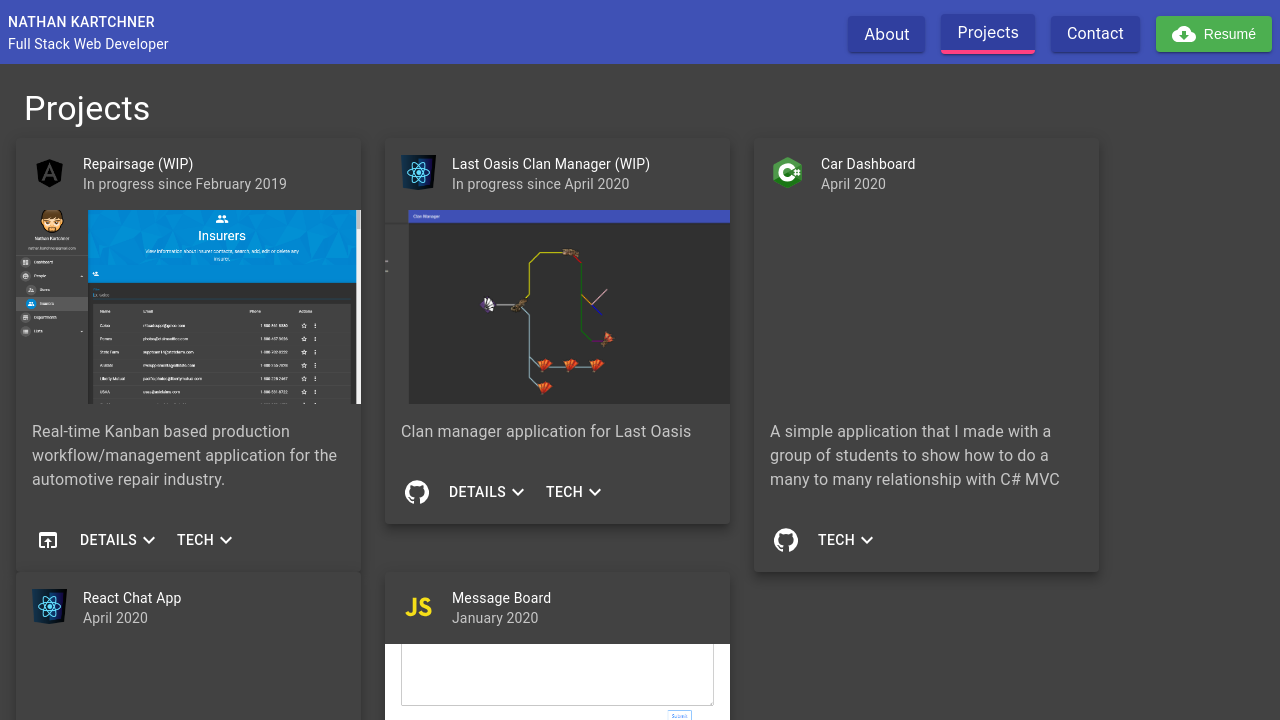
Repository: nkartchner/portfolio
Page: /projects
These files come from the project's save history. The page is drawn as it stood at one moment and after a run of saves; the edit follows.
The browser window is 1280 px wide. The pictures show the whole page.
An inner scrolling area shows only its first screen. The project was rebuilt for these pictures with package versions that can differ from the ones it lists, and the page was loaded fresh each time. Also part of the build but not shown: src/Home/Landing.tsx, src/Core/Tooltip.tsx, src/About/AboutMe.tsx, src/Contact/Contact.tsx, src/Contact/ContactMenu.tsx, src/Navigation/Menus/MobileNavMenu.tsx. Imported but missing from the stored project, and not drawn on this page: src/Home/media/dyno.mp4, src/Home/media/dyno_converted.webm.

Above is the page before, as saved 2020-07-04 14:57:27.

### src/index.tsx
import React from "react";
import ReactDOM from "react-dom";
import "./index.css";
import App from "./App";
import * as serviceWorker from "./serviceWorker";

document.title = "Nathan Kartchner";

ReactDOM.render(
    <React.StrictMode>
        <App />
    </React.StrictMode>,
    document.getElementById("root")
);

// If you want your app to work offline and load faster, you can change
// unregister() to register() below. Note this comes with some pitfalls.
// Learn more about service workers: https://bit.ly/CRA-PWA
serviceWorker.unregister();

### src/index.css
html,
body {
    margin: 0;
    padding: 0;
}
body {
    margin: 0;
    font-family: -apple-system, BlinkMacSystemFont, "Segoe UI", "Roboto",
        "Oxygen", "Ubuntu", "Cantarell", "Fira Sans", "Droid Sans",
        "Helvetica Neue", sans-serif;
    -webkit-font-smoothing: antialiased;
    -moz-osx-font-smoothing: grayscale;
    box-sizing: border-box;
}

code {
    font-family: source-code-pro, Menlo, Monaco, Consolas, "Courier New",
        monospace;
}

#root {
    position: absolute;
    top: 0;
    bottom: 0;
    left: 0;
    right: 0;
}

### src/App.tsx
import React from "react";
import "./App.css";
import { BrowserRouter } from "react-router-dom";
import MainRouter from "./Navigation/MainRouter";
import { theme } from "./Theme/Theme";
import { ThemeProvider } from "@material-ui/core";

function App() {
  return (
    <BrowserRouter>
      <ThemeProvider theme={theme}>
        <MainRouter />
      </ThemeProvider>
    </BrowserRouter>
  );
}

export default App;

### src/Navigation/MainRouter.tsx
import React from "react";
import { Switch, Route } from "react-router-dom";
import Landing from "../Home/Landing";
import Routes from "./Routes";
import { makeStyles, createStyles, Theme } from "@material-ui/core/styles";
import TopBar from "./TopBar";
const useStyles = makeStyles((theme: Theme) =>
  createStyles({
    container: {
      color: theme.palette.text.primary,
      display: "grid",
      height: "100%",
      gridTemplateRows: "64px calc(100% - 64px)",
      gridTemplateColumns: "100%",
      background: theme.palette.background.paper,
      position: "relative",
    },
    landingContainer: {
      maxHeight: "100%",
      minHeight: "100%",
      maxWidth: "100%",
      minWidth: "100%",
    },
    mainContent: {
      gridRow: 2,
      position: "absolute",
      top: 0,
      left: 0,
      right: 0,
      bottom: 0,
    },
  })
);
const MainRouter = () => {
  const classes = useStyles();
  return (
    <React.Fragment>
      <Switch>
        <Route exact path="/">
          <div className={classes.landingContainer}>
            <Landing />
          </div>
        </Route>

        <Route path="*">
          <div className={classes.container}>
            <TopBar />
            <div className={classes.mainContent}>
              <Switch>
                {Object.values(Routes).map(({ Component, path }, i) => (
                  <Route key={i} path={path} component={Component} exact />
                ))}
              </Switch>
            </div>
          </div>
        </Route>
      </Switch>
    </React.Fragment>
  );
};

export default MainRouter;

### src/Theme/Theme.ts
import { createMuiTheme } from "@material-ui/core";

export const theme = createMuiTheme({
    palette: {
        type: "dark"
    }
})

### src/Navigation/Routes.ts
import About from "../About/AboutMe";
import Contact from "../Contact/Contact";
import Projects from "../Projects/Projects";

export interface RouteProps {
  title: string;
}
export interface IRoute {
  Component: React.FC<any>;
  path: string;
  title: string;
}

interface IRoutes {
  [key: string]: IRoute;
}

const Routes: IRoutes = {
  About: {
    Component: About,
    path: `/about`,
    title: "About Me",
  },
  Contact: {
    Component: Contact,
    path: `/contact`,
    title: "Contact Info",
  },
  Projects: {
    Component: Projects,
    path: `/projects`,
    title: "Projects",
  },
};

export default Routes;

### src/Projects/Projects.tsx
import React from "react";
import { makeStyles, Theme, createStyles } from "@material-ui/core/styles";
import Typography from "@material-ui/core/Typography";
import * as thumbs from "./screenshots";
import Project, { IProps } from "./Project";
import TechIcons, { TechIcon } from "../About/technologies";

const useStyles = makeStyles((theme: Theme) =>
  createStyles({
    root: {
      padding: theme.spacing(2),
      display: "flex",
      flexDirection: "column",
      position: "absolute",
      top: 0,
      bottom: 0,
      left: 0,
      right: 0,
      overflow: "auto",
    },
    container: {
      flexGrow: 1,
      display: "flex",
      flexFlow: "row wrap",
      "& > *": {
        marginRight: theme.spacing(3),
      },
    },
    title: {
      margin: theme.spacing(1),
    },
    project: {
      maxWidth: 345,
      height: "max-content",
    },
    scnshot: {
      height: 140,
    },
  })
);

interface Project {
  uri: string;
  screenshot: string;
  description: string;
  technologies: string[];
}
const MyProjects: IProps[] = [
  {
    title: "Repairsage (WIP)",
    shortDesc: (
      <Typography variant="body1">
        Real-time Kanban based production workflow/management application for
        the automotive repair industry.
      </Typography>
    ),
    longDesc: (
      <Typography variant="body2" component="p">
        The idea for Repairsage was to create Kanban based system that would
        allow an auto repair center to see, predict and, manage the production
        in real time. Repairsage is equipped with email updates, push
        notifications, and is a PWA. The UI of Repairsage is built using
        Angular-Material and with the help of the CDK Drag-and-Drop component
        with a custom autoscroller, we're able to create a Kanban board. Mix
        that with SocketIO to generate real-time updates for every board while
        using rooms to keep each board separate. One of the most important
        features of Repairsage is the ability to assign a technician to a column
        and an efficiency rating per department. Once a technician is assigned a
        column on a board, their will be letters representing the name of each
        department. The number following the department(s) they are assigned to
        will change color and, based on a 40 hour work week, the color will be
        Green, Orange, or Red to indicate the load level for their week. We
        currently have an instance of Repairsage launched that we use as a demo.
        Feel free to check it out!
      </Typography>
    ),
    inProgress: true,
    Avatar: TechIcons.Angular10,
    startDate: new Date(Date.parse("02/01/2019")),
    technologies: [
      TechIcons.Angular10,
      TechIcons.Ngrx,
      TechIcons.Express,
      TechIcons.Mongo,
      TechIcons.Scss,
      TechIcons.SocketIO,
      TechIcons.Typescript,
      TechIcons.Aws,
    ],
    links: {
      website: "https://314solutions.info",
    },
    screenshots: thumbs.rprsageThumbs,
  },
  {
    title: "Last Oasis Clan Manager (WIP)",
    shortDesc: (
      <Typography variant="body1">
        Clan manager application for Last Oasis
      </Typography>
    ),
    longDesc: (
      <Typography variant="body1" component="p">
        I wanted to build a project using React + Redux and C# as the back end.
        I ended up choosing a Clan manager application for a recently released
        game that I really enjoyed, Last Oasis. It quickly grew into something
        more than just a clan manager as wanted add a feature that recreated the
        in-game tech tree. I decided to use HTML5 canvas and add tooltips.
      </Typography>
    ),
    Avatar: TechIcons.React,
    startDate: new Date(Date.parse("04/05/2020")),
    technologies: [
      TechIcons.React,
      TechIcons.Redux,
      TechIcons.CSharp,
      TechIcons.MySql,
      TechIcons.Scss,
      TechIcons.Js,
    ],
    inProgress: true,
    links: {
      github: "https://github.com/nkartchner/LastOasis_ClanManager",
    },
    screenshots: thumbs.clanManagerThumbs,
  },
  {
    title: "Car Dashboard",
    shortDesc: (
      <Typography variant="body1">
        A simple application that I made with a group of students to show how to
        do a many to many relationship with C# MVC
      </Typography>
    ),
    startDate: new Date(Date.parse("04/05/2020")),
    Avatar: TechIcons.CSharp,
    technologies: [TechIcons.CSharp, TechIcons.Razor, TechIcons.MySql],
    inProgress: false,
    links: {
      github: "https://github.com/nkartchner/CarsDashboard",
    },
    screenshots: [],
  },
  {
    title: "React Chat App",
    shortDesc: (
      <Typography variant="body1">
        An application that I made to learn how to integrate SocketIO with
        React.
      </Typography>
    ),
    startDate: new Date(Date.parse("04/05/2020")),
    technologies: [TechIcons.React, TechIcons.SocketIO, TechIcons.Js],
    Avatar: TechIcons.React,
    inProgress: false,
    links: {
      github: "https://github.com/nkartchner/ReactChat",
    },
    screenshots: [],
  },
  {
    title: "Message Board",
    shortDesc: <Typography variant="body1">Simple Message Board</Typography>,
    longDesc: (
      <Typography variant="body1" component="p">
        One of my very first applications I made as I went through the
        Javascript stack
      </Typography>
    ),
    Avatar: TechIcons.Js,
    inProgress: false,
    startDate: new Date(Date.parse("01/01/2020")),
    technologies: [TechIcons.Js, TechIcons.Express, TechIcons.Mongo],
    links: {
      github: "https://github.com/nkartchner/MessageBoard",
    },
    screenshots: thumbs.messageBoardThumbs,
  },
];
const Projects: React.FC = () => {
  const classes = useStyles();

  React.useEffect(() => {
    document.title = "Nathan's Projects";
  });

  return (
    <div className={classes.root}>
      <Typography className={classes.title} variant="h4">
        Projects
      </Typography>
      <div className={classes.container}>
        {MyProjects.map((p, key) => (
          <Project key={key} {...p} />
        ))}
      </div>
    </div>
  );
};

export default Projects;

### src/About/technologies/index.ts
import Angular10 from "./angular_solidBlack.png";
import Ngrx from "./ngrx.svg";
import Aws from "./aws.svg";
import CSharp from "./csharp.svg";
import Css from "./css.svg";
import Django from "./django.svg";
import Expo from "./expo.svg";
import Express from "./express.png";
import Git from "./git.svg";
import Html from "./html.svg";
import Js from "./js.svg";
import MERN from "./MERN.png";
import Mongo from "./mongo.png";
import MySql from "./mysql.svg";
import Nginx from "./nginx.svg";
import Python from "./python.svg";
import Razor from "./razor.svg";
import React from "./react_logo.png";
import Scss from "./scss.svg";
import Redux from "./redux.svg";
import SocketIO from "./socketIO.png";
import Typescript from "./typescript.svg";

export interface TechIcon {
  alt: string;
  src: string;
}

export default {
  Html: { alt: "Html", src: Html },
  Css: { alt: "Css", src: Css },
  Scss: { alt: "Scss", src: Scss },
  Js: { alt: "Js", src: Js },
  Typescript: { alt: "Typescript", src: Typescript },
  Angular10: { alt: "Angular10", src: Angular10 },
  Ngrx: { alt: "Ngrx", src: Ngrx },
  Express: { alt: "Express", src: Express },
  Mongo: { alt: "Mongo", src: Mongo },
  SocketIO: { alt: "SocketIO", src: SocketIO },
  MERN: { alt: "MERN", src: MERN },
  React: { alt: "React", src: React },
  Redux: { alt: "Redux", src: Redux },
  Expo: { alt: "Expo", src: Expo },
  Python: { alt: "Python", src: Python },
  Django: { alt: "Django", src: Django },
  CSharp: { alt: "CSharp", src: CSharp },
  Razor: { alt: "Razor", src: Razor },
  MySql: { alt: "MySql", src: MySql },
  Nginx: { alt: "Nginx", src: Nginx },
  Git: { alt: "Git", src: Git },
  Aws: { alt: "Aws", src: Aws },
};

### src/Projects/screenshots/index.ts
import CM1 from "./clan_manager/clan_manager_canvas_screenshot.png";
import CM2 from "./clan_manager/clan_manager_clanmembers_screenshot.png";
import CM3 from "./clan_manager/clan_manager_clanrequest_screenshot.png";

import R1 from "./rprsage/admin_dashboard_screenshot.png";
import R2 from "./rprsage/dragging_card_screenshot.png";
import R3 from "./rprsage/rprsage_boards_screenshot.png";
import R4 from "./rprsage/rprsage_login_screenshot.png";

import MB1 from "./message_board/message_board.png";

export const clanManagerThumbs = [CM1, CM2, CM3];
export const rprsageThumbs = [R1, R2, R3, R4];
export const messageBoardThumbs = [MB1];

### src/Projects/Project.tsx
import React from "react";
import { makeStyles, Theme, createStyles } from "@material-ui/core/styles";
import clsx from "clsx";
import Card from "@material-ui/core/Card";
import CardHeader from "@material-ui/core/CardHeader";
import CardMedia from "@material-ui/core/CardMedia";
import CardContent from "@material-ui/core/CardContent";
import CardActions from "@material-ui/core/CardActions";
import Collapse from "@material-ui/core/Collapse";
import IconButton from "@material-ui/core/IconButton";
import Button from "@material-ui/core/Button";
import GitHub from "@material-ui/icons/GitHub";
import Typography from "@material-ui/core/Typography";
import Tooltip from "@material-ui/core/Tooltip";
import { red } from "@material-ui/core/colors";
import ExpandMoreIcon from "@material-ui/icons/ExpandMore";
import OpenInBrowser from "@material-ui/icons/OpenInBrowser";
import { TechIcon } from "../About/technologies";
const useStyles = makeStyles((theme: Theme) =>
  createStyles({
    root: {
      width: 345,
      height: "max-content",
    },
    media: {
      height: 0,
      paddingTop: "56.25%", // 16:9
      transition: "background-image 100ms ease-in-out",
    },
    expand: {
      transform: "rotate(0deg)",
      marginLeft: "auto",
      transition: theme.transitions.create("transform", {
        duration: theme.transitions.duration.shortest,
      }),
    },
    expandOpen: {
      transform: "rotate(180deg)",
    },
    avatar: {
      backgroundColor: red[500],
    },
    technologies: {
      display: "flex",
      flexFlow: "row wrap",
      justifyContent: "space-around",
    },
    techIcon: {
      height: 35,
      width: 35,
      padding: theme.spacing(1),
    },
  })
);
const MONTHS = [
  "January",
  "February",
  "March",
  "April",
  "May",
  "June",
  "July",
  "August",
  "September",
  "October",
  "November",
  "December",
];
export interface IProps {
  screenshots: string[];
  title: string;
  startDate: Date;
  shortDesc: JSX.Element;
  inProgress: boolean;
  Avatar: TechIcon;
  longDesc?: JSX.Element;
  links: {
    github?: string;
    website?: string;
  };
  technologies?: TechIcon[];
}

const Project: React.FC<IProps> = ({ Avatar, ...props }) => {
  const classes = useStyles();
  const [expanded, setExpanded] = React.useState<boolean>(false);
  const [expandedTech, setExpandedTech] = React.useState<boolean>(false);
  const [isHovering, setIsHovering] = React.useState<boolean>(false);
  const handleExpandClick = () => {
    setExpanded(!expanded);
  };
  const handleExpandTech = () => {
    setExpandedTech(!expandedTech);
  };
  const [rotation, setRotation] = React.useState<number>(0);

  React.useEffect(() => {
    if (isHovering) {
      const timer = setInterval(
        () =>
          setRotation((i) => {
            if (i === props.screenshots.length - 1) {
              return 0;
            } else {
              return i + 1;
            }
          }),
        1000
      );
      return () => clearInterval(timer);
    }
  }, [props.screenshots, isHovering]);

  return (
    <Card className={classes.root} elevation={8}>
      <CardHeader
        avatar={
          <img src={Avatar.src} alt={Avatar.alt} height={35} width={35} />
        }
        title={props.title}
        subheader={`${props.inProgress ? "In progress since " : ""}${
          MONTHS[props.startDate.getMonth()]
        } ${props.startDate.getFullYear()}`}
      />

      <CardMedia
        onMouseEnter={() => setIsHovering(true)}
        onMouseLeave={() => setIsHovering(false)}
        className={classes.media}
        image={props.screenshots[rotation]}
        title={props.title}
      />
      <CardContent>
        <Typography variant="body2" color="textSecondary" component="p">
          {props.shortDesc}
        </Typography>
      </CardContent>
      <CardActions disableSpacing>
        {props.links.github && (
          <IconButton href={props.links.github}>
            <GitHub />
          </IconButton>
        )}
        {props.links.website && (
          <IconButton href={props.links.website}>
            <OpenInBrowser />
          </IconButton>
        )}

        {props.longDesc && (
          <Button
            onClick={handleExpandClick}
            aria-expanded={expanded}
            aria-label="show more"
          >
            Details{" "}
            <ExpandMoreIcon
              className={clsx(classes.expand, {
                [classes.expandOpen]: expanded,
              })}
            />
          </Button>
        )}
        <Button
          onClick={handleExpandTech}
          aria-expanded={expandedTech}
          aria-label="show more"
        >
          Tech{" "}
          <ExpandMoreIcon
            className={clsx(classes.expand, {
              [classes.expandOpen]: expandedTech,
            })}
          />
        </Button>
      </CardActions>
      {props.technologies && (
        <Collapse in={expandedTech} timeout="auto" unmountOnExit>
          <CardContent>
            <div className={classes.technologies}>
              {props.technologies.map((t) => (
                <Tooltip title={t.alt}>
                  <img className={classes.techIcon} src={t.src} alt={t.alt} />
                </Tooltip>
              ))}
            </div>
          </CardContent>
        </Collapse>
      )}
      {props.longDesc && (
        <Collapse in={expanded} timeout="auto" unmountOnExit>
          <CardContent>
            <Typography paragraph>{props.longDesc}</Typography>
          </CardContent>
        </Collapse>
      )}
    </Card>
  );
};
export default Project;

Loaded but not shown: public/index.html (common file); src/serviceWorker.ts (common file); src/Navigation/TopBar.tsx (256 lines, source omitted); src/App.css (no stored copy; drawn as an empty file)

After the next 2 saves:
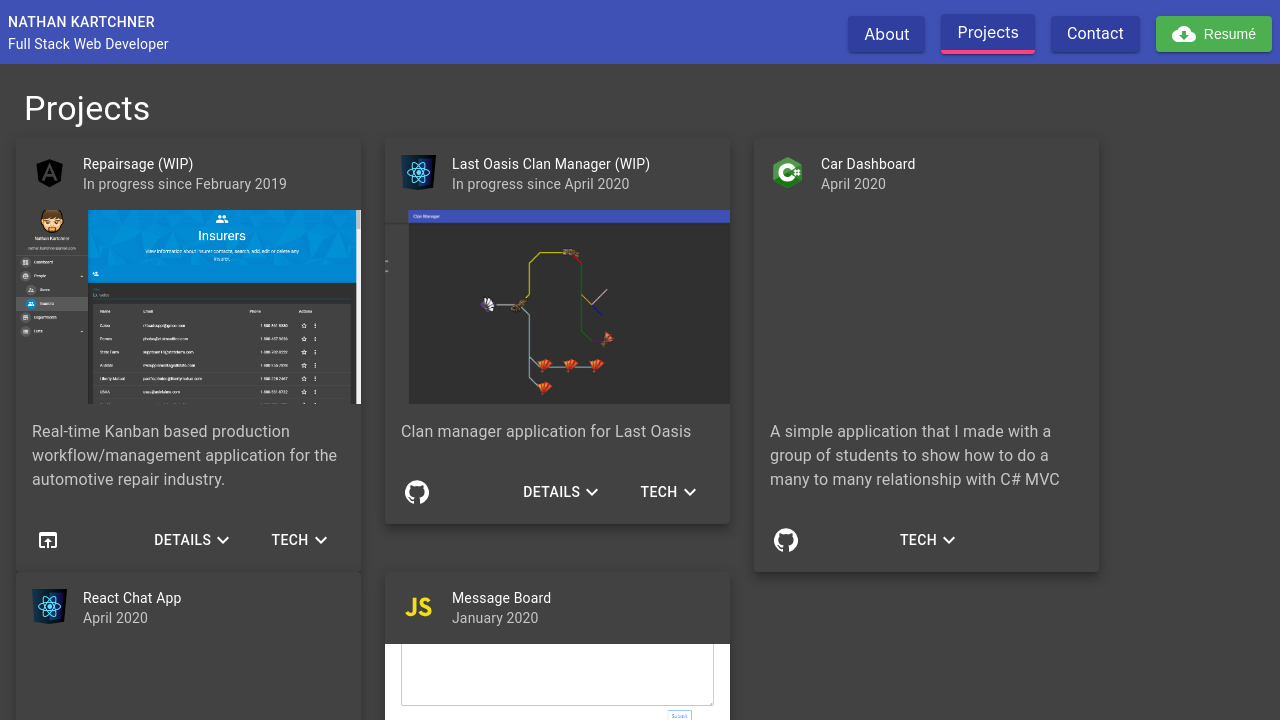
The 2 saves are shown as one change because 1 did not build or start.
The last was saved 6 min 10 s later.
--- a/src/Projects/Project.tsx
+++ b/src/Projects/Project.tsx
@@ -45,9 +45,23 @@
       flexFlow: "row wrap",
       justifyContent: "space-around",
     },
+    actions: {
+      display: "grid",
+      gridTemplateColumns: "1fr 1fr 1fr",
+    },
+    webLink: {
+      justifySelf: "start",
+    },
+    details: {
+      justifySelf: "end",
+    },
+    tech: {
+      justifySelf: "center",
+    },
     techIcon: {
       height: 35,
       width: 35,
+      userSelect: "none",
       padding: theme.spacing(1),
     },
   })
@@ -135,20 +149,21 @@
           {props.shortDesc}
         </Typography>
       </CardContent>
-      <CardActions disableSpacing>
+      <CardActions className={classes.actions}>
         {props.links.github && (
-          <IconButton href={props.links.github}>
+          <IconButton className={classes.webLink} href={props.links.github}>
             <GitHub />
           </IconButton>
         )}
         {props.links.website && (
-          <IconButton href={props.links.website}>
+          <IconButton className={classes.webLink} href={props.links.website}>
             <OpenInBrowser />
           </IconButton>
         )}
 
         {props.longDesc && (
           <Button
+            className={classes.details}
             onClick={handleExpandClick}
             aria-expanded={expanded}
             aria-label="show more"
@@ -162,6 +177,7 @@
           </Button>
         )}
         <Button
+          className={classes.tech}
           onClick={handleExpandTech}
           aria-expanded={expandedTech}
           aria-label="show more"
